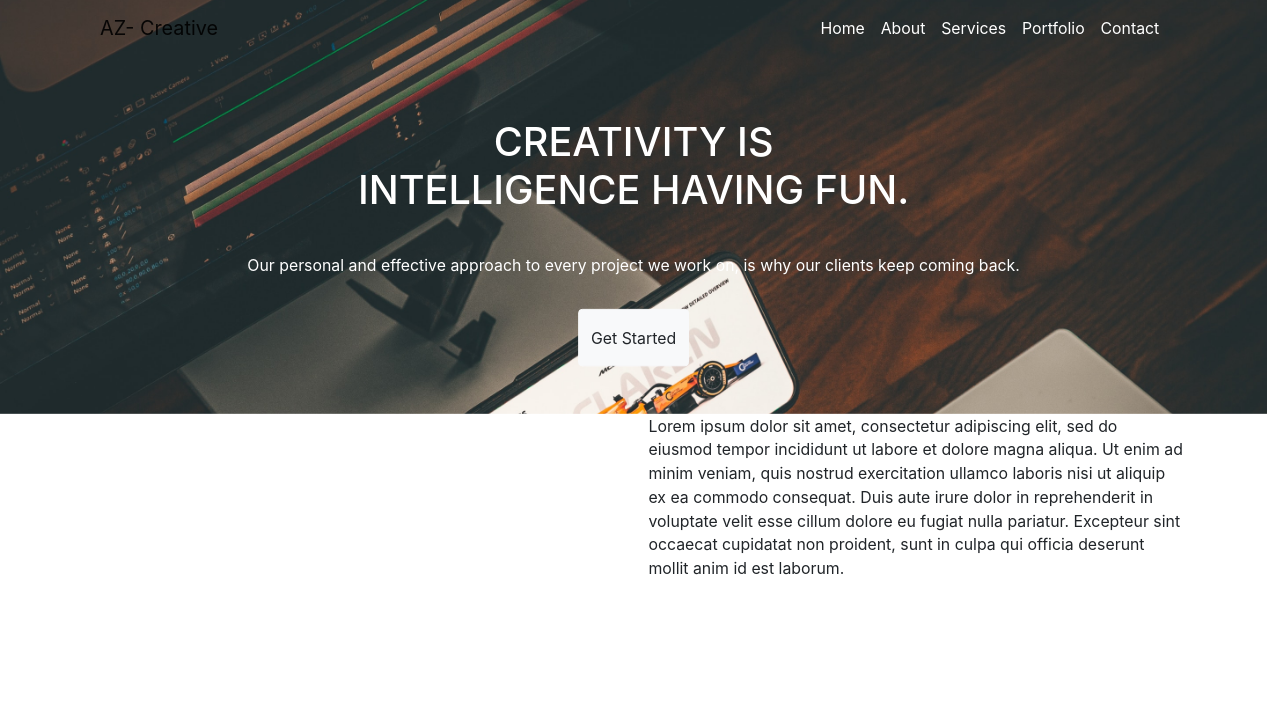
Repository: Syfon01/hng-port
Page: index.html
The author's editor kept a copy of each file at every save. The page is drawn from the files as they stood at one save, then again after a run of saves.
The browser window is 1280 px wide. The pictures show the whole page, at 99% of full size.

Above is the page before, as saved 2020-06-27 20:41:00.

### index.html
<!doctype html>
<html lang="en">
  <head>
    <title>Title</title>
    <!-- Required meta tags -->
    <meta charset="utf-8">
    <meta name="viewport" content="width=device-width, initial-scale=1, shrink-to-fit=no">

    <!-- Bootstrap CSS -->
    <link rel="stylesheet" href="https://stackpath.bootstrapcdn.com/bootstrap/4.5.0/css/bootstrap.min.css"
      integrity="sha384-9aIt2nRpC12Uk9gS9baDl411NQApFmC26EwAOH8WgZl5MYYxFfc+NcPb1dKGj7Sk" crossorigin="anonymous">
  <link rel="stylesheet" href="style.css">
  </head>
  <body>
    <section id="home">
      <div class="container">
        <nav class="navbar navbar-expand-lg navbar-light text-white">
          <a class="navbar-brand" href="#">AZ- Creative</a>
          <button class="navbar-toggler" type="button" data-toggle="collapse" data-target="#navbarNav" aria-controls="navbarNav"
            aria-expanded="false" aria-label="Toggle navigation">
            <span class="navbar-toggler-icon"></span>
          </button>
          <div class="collapse navbar-collapse" id="navbarNav">
            <ul class="navbar-nav ml-auto">
              <li class="nav-item active">
                <a class="nav-link" href="#">Home <span class="sr-only">(current)</span></a>
              </li>
              <li class="nav-item">
                <a class="nav-link" href="#">About</a>
              </li>
              <li class="nav-item">
                <a class="nav-link" href="#">Services</a>
              </li>

              <li class="nav-item">
                <a class="nav-link" href="#">Portfolio</a>
              </li>
              <li class="nav-item">
                <a class="nav-link " href="#">Contact</a>
              </li>
            </ul>
          </div>
        </nav>

        <div class="home-content text-white text-center py-5">
          <h1 class="py-3">CREATIVITY IS
            <br>
            INTELLIGENCE HAVING FUN.</h1>
          <p class="py-3">Our personal and effective approach to every
            project we work on, is why our clients
            keep coming back.</p>

        <button type="submit" class="btn btn-light py-3">Get Started</button>

        </div>
      </div>

    </section>
    <section id="about">
      <div class="container">
        <div class="row">
          <div class="col-lg-6 col-md-6 col-sm-12 col-12">
              <img src="" alt="" srcset="">
          </div>
          <div class="col-lg-6 col-md-6 col-sm-12 col-12">
          <p>
            Lorem ipsum dolor sit amet, consectetur adipiscing elit, sed do eiusmod tempor incididunt ut labore et dolore magna
            aliqua. Ut enim ad minim veniam, quis nostrud exercitation ullamco laboris nisi ut aliquip ex ea commodo consequat. Duis
            aute irure dolor in reprehenderit in voluptate velit esse cillum dolore eu fugiat nulla pariatur. Excepteur sint
            occaecat cupidatat non proident, sunt in culpa qui officia deserunt mollit anim id est laborum.

          </p>
          </div>
        </div>
      </div>
    </section>
    <section id="services">

    </section>
    <section id="portfolio">

    </section>

    <!-- Optional JavaScript -->
    <!-- jQuery first, then Popper.js, then Bootstrap JS -->
    <script src="https://code.jquery.com/jquery-3.5.1.slim.min.js"
      integrity="sha384-DfXdz2htPH0lsSSs5nCTpuj/zy4C+OGpamoFVy38MVBnE+IbbVYUew+OrCXaRkfj" crossorigin="anonymous"></script>
    <script src="https://cdn.jsdelivr.net/npm/popper.js@1.16.0/dist/umd/popper.min.js"
      integrity="sha384-Q6E9RHvbIyZFJoft+2mJbHaEWldlvI9IOYy5n3zV9zzTtmI3UksdQRVvoxMfooAo" crossorigin="anonymous"></script>
    <script src="https://stackpath.bootstrapcdn.com/bootstrap/4.5.0/js/bootstrap.min.js"
      integrity="sha384-OgVRvuATP1z7JjHLkuOU7Xw704+h835Lr+6QL9UvYjZE3Ipu6Tp75j7Bh/kR0JKI" crossorigin="anonymous"></script>

  </body>
</html>

### style.css
#home{
  background-image: url('/img/home.png'),
  linear-gradient(to bottom, rgba(0, 0, 0, 0.52), rgba(0, 0, 0, 0.73));
  background-size: cover;
}
.nav-link {
  color: #fff!important;
}

After the next 2 saves:
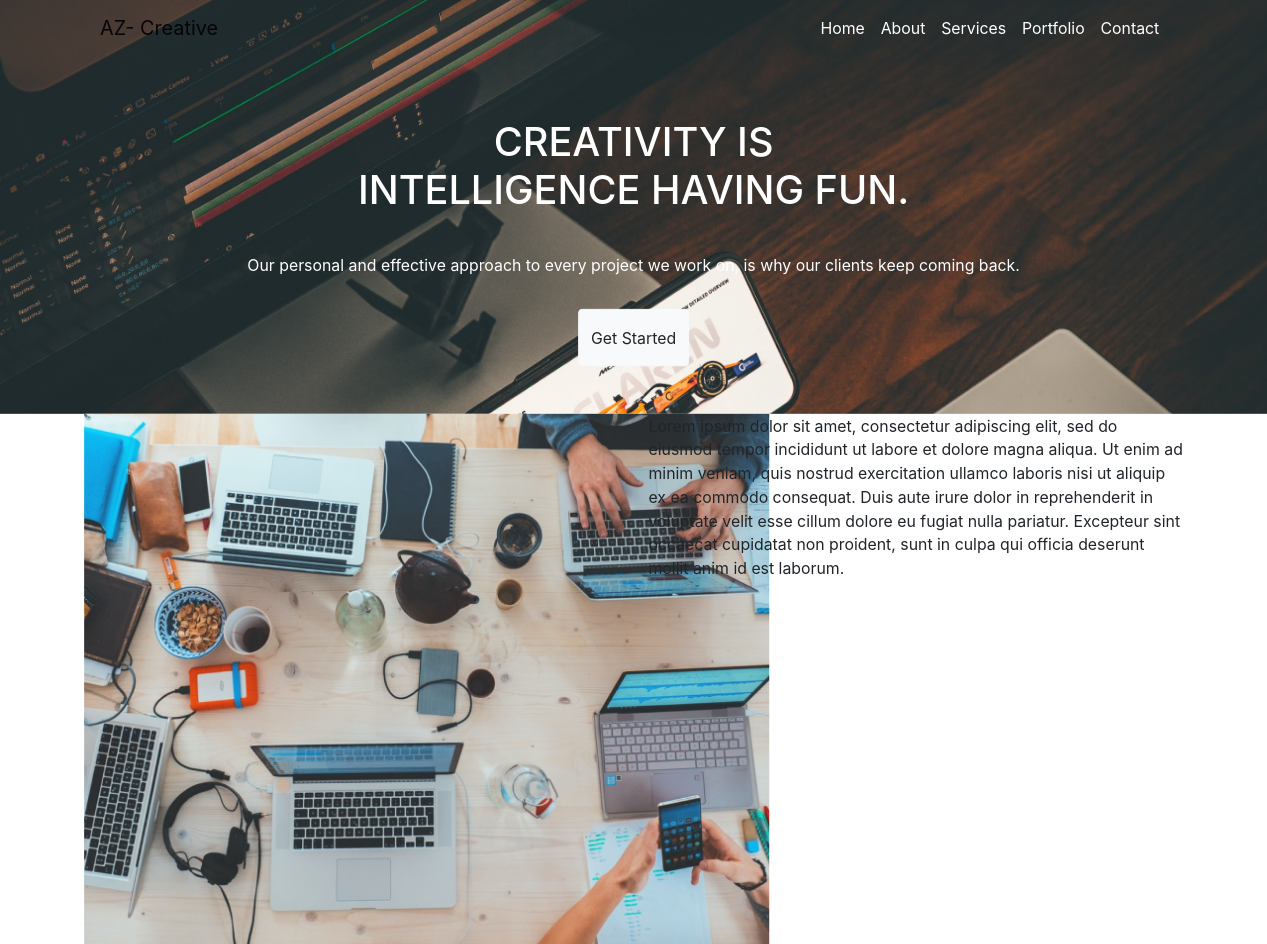
The 2 saves are shown as one change because they came seconds apart.
The last was saved 5 s later.
--- a/index.html
+++ b/index.html
@@ -60,7 +60,7 @@
       <div class="container">
         <div class="row">
           <div class="col-lg-6 col-md-6 col-sm-12 col-12">
-              <img src="" alt="" srcset="">
+              <img src="./img/about.png" alt="" srcset="">
           </div>
           <div class="col-lg-6 col-md-6 col-sm-12 col-12">
           <p>
